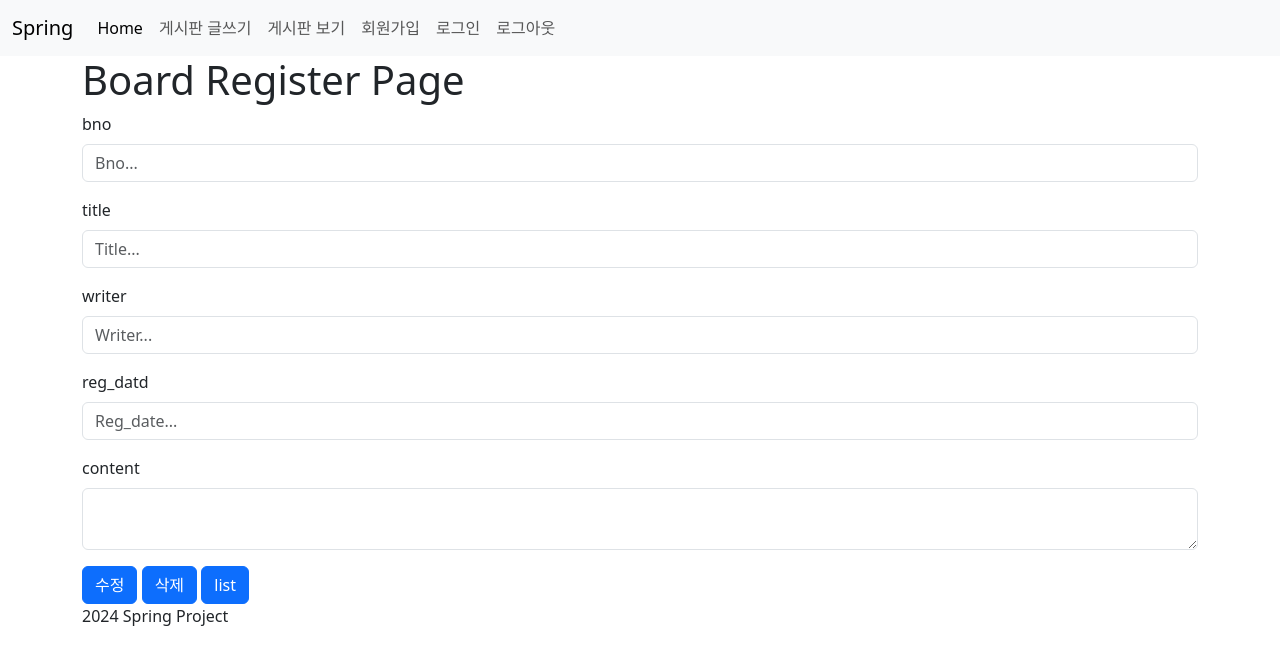
Repository: havanara/240423_SPRING_Project
Page: http://localhost/spring_study/WEB-INF/views/board/modify.jsp
An editor plug-in stored every save of this project. The page is shown before and after the next save, followed by the edit.
The browser window is 1280 px wide. The pictures show the whole page.
The page is served by Tomcat 9. Nobody is signed in. The template is opened directly, without the code that normally fills it, so the values that code supplies are empty.

Above is the page before, as saved 2024-04-24 05:49:13.

### spring_study/src/main/webapp/WEB-INF/views/board/modify.jsp
<%@ page language="java" contentType="text/html; charset=UTF-8"
    pageEncoding="UTF-8"%>

<jsp:include page="../layout/header.jsp" />

<div class="container-md">
<h1>Board Register Page</h1>
	<div class="mb-3">
	  <label for="n" class="form-label">bno</label>
	  <input type="text" class="form-control" name="bno" id="n" placeholder="Bno...">
	</div>
	<div class="mb-3">
	  <label for="t" class="form-label">title</label>
	  <input type="text" class="form-control" name="title" id="t" placeholder="Title...">
	</div>
	<div class="mb-3">
	  <label for="w" class="form-label">writer</label>
	  <input type="text" class="form-control" name="writer" id="w" placeholder="Writer...">
	</div>
	<div class="mb-3">
	  <label for="r" class="form-label">reg_datd</label>
	  <input type="text" class="form-control" name="reg_date" id="r" placeholder="Reg_date...">
	</div>
	<div class="mb-3">
	  <label for="c" class="form-label">content</label>
	  <textarea class="form-control" name="content" id="c" aria-label="With textarea"></textarea>
	</div>
	<button type="button" class="btn btn-primary">수정</button>
	<button type="button" class="btn btn-primary">삭제</button>
	<button type="button" class="btn btn-primary">list</button>
</div>

<jsp:include page="../layout/footer.jsp" />

</body>
</html>

### spring_study/src/main/webapp/WEB-INF/views/layout/header.jsp
<%@ page language="java" contentType="text/html; charset=UTF-8"
    pageEncoding="UTF-8"%>
<!DOCTYPE html>
<html>
<head>
<meta charset="UTF-8">
<title>header.jsp</title>
<link href="https://cdn.jsdelivr.net/npm/bootstrap@5.3.3/dist/css/bootstrap.min.css" rel="stylesheet" integrity="sha384-QWTKZyjpPEjISv5WaRU9OFeRpok6YctnYmDr5pNlyT2bRjXh0JMhjY6hW+ALEwIH" crossorigin="anonymous">
<script src="https://cdn.jsdelivr.net/npm/bootstrap@5.3.3/dist/js/bootstrap.bundle.min.js" integrity="sha384-YvpcrYf0tY3lHB60NNkmXc5s9fDVZLESaAA55NDzOxhy9GkcIdslK1eN7N6jIeHz" crossorigin="anonymous"></script>
</head>
<body>
<nav class="navbar navbar-expand-lg bg-body-tertiary">
  <div class="container-fluid">
    <a class="navbar-brand" href="#">Spring</a>
    <button class="navbar-toggler" type="button" data-bs-toggle="collapse" data-bs-target="#navbarSupportedContent" aria-controls="navbarSupportedContent" aria-expanded="false" aria-label="Toggle navigation">
      <span class="navbar-toggler-icon"></span>
    </button>
    <div class="collapse navbar-collapse" id="navbarSupportedContent">
      <ul class="navbar-nav me-auto mb-2 mb-lg-0">
        <li class="nav-item">
          <a class="nav-link active" aria-current="page" href="#">Home</a>
        </li>
        <li class="nav-item">
          <a class="nav-link" href="/board/register">게시판 글쓰기</a>
        </li>
        <li class="nav-item">
          <a class="nav-link" href="/board/list">게시판 보기</a>
        </li>
        <li class="nav-item">
          <a class="nav-link" href="#">회원가입</a>
        </li>
        <li class="nav-item">
          <a class="nav-link" href="#">로그인</a>
        </li>
        <li class="nav-item">
          <a class="nav-link" href="#">로그아웃</a>
        </li>
      </ul>
    </div>
  </div>
</nav>

### spring_study/src/main/webapp/WEB-INF/views/layout/footer.jsp
<%@ page language="java" contentType="text/html; charset=UTF-8"
    pageEncoding="UTF-8"%>
<!DOCTYPE html>

<div class="container-md">
	2024 Spring Project
</div>

</body>
</html>

After the next save:
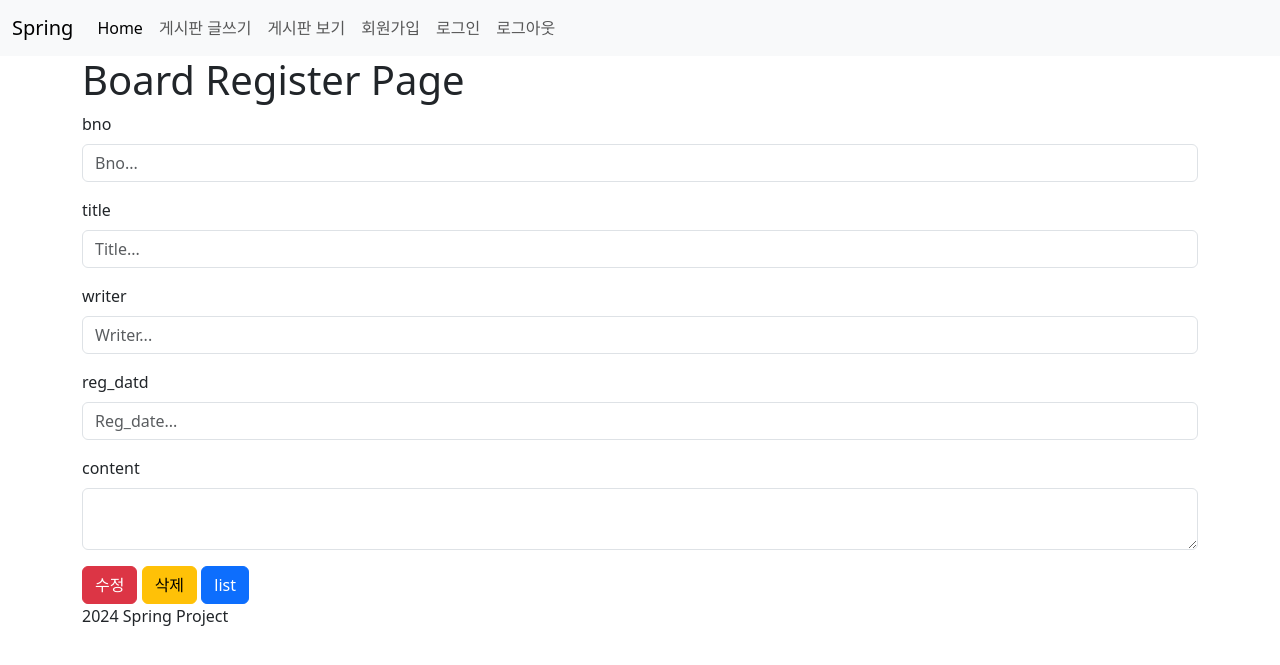
Saved 50 s later.
--- a/spring_study/src/main/webapp/WEB-INF/views/board/modify.jsp
+++ b/spring_study/src/main/webapp/WEB-INF/views/board/modify.jsp
@@ -25,8 +25,8 @@
 	  <label for="c" class="form-label">content</label>
 	  <textarea class="form-control" name="content" id="c" aria-label="With textarea"></textarea>
 	</div>
-	<button type="button" class="btn btn-primary">수정</button>
-	<button type="button" class="btn btn-primary">삭제</button>
+	<button type="button" class="btn btn-danger">수정</button>
+	<button type="button" class="btn btn-warning">삭제</button>
 	<button type="button" class="btn btn-primary">list</button>
 </div>
 
